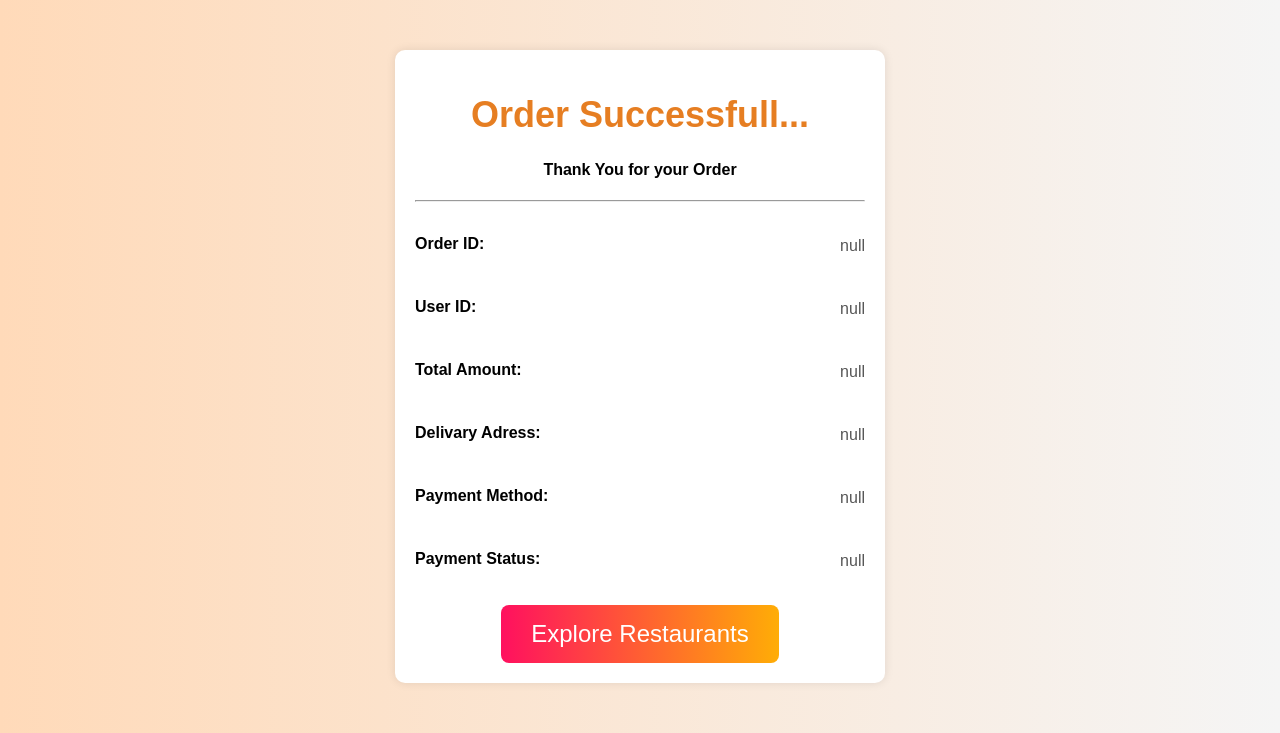
Repository: SWATHIBHUMA/FoodDelivaryApp
Page: http://localhost/FoodDelivaryApp/orderConfirmation.jsp
An editor plug-in stored every save of this project. The page is shown before and after the next save, followed by the edit.
The browser window is 1280 px wide. The pictures show the whole page.
The page is served by Tomcat 9. Other server files are loaded and not shown.

Above is the page before, as saved 2024-01-16 07:53:03.

### FoodDelivaryApp/src/main/webapp/orderConfirmation.jsp
<%@ page language="java" contentType="text/html; charset=UTF-8" pageEncoding="UTF-8"%>
<%@ page import="java.util.Objects" %>
<%@ page import="javax.servlet.http.HttpSession" %>

<%
    //HttpSession session = request.getSession();

    // Retrieve details from the session
    Integer orderId = (Integer) session.getAttribute("orderId");
    Integer totalAmount = (Integer) session.getAttribute("totalAmount");
    Integer userId = (Integer) session.getAttribute("userId");
    String paymentStatus = (String) session.getAttribute("paymentStatus");
    String paymentMethod = (String) session.getAttribute("paymentMethod");
    String address = (String) session.getAttribute("address");
%>

<!DOCTYPE html>
<html lang="en">
<head>
    <meta charset="UTF-8">
    <meta name="viewport" content="width=device-width, initial-scale=1.0">
    <style>
        body {
            font-family: 'Arial', sans-serif;
            background: linear-gradient(to right, peachpuff, whitesmoke);
            text-align: center;
            margin: 0;
            padding: 0;
        }

        .container {
            max-width: 450px;
            margin: 50px auto;
            background-color: #fff;
            border-radius: 10px;
            box-shadow: 0 0 10px rgba(0, 0, 0, 0.1);
            padding: 20px;
        }

        h1 {
			color: #e67e22;
			/* Dark orange text */
			margin-bottom: 25px;
			font-size: 36px;
			/* Increased font size */
			animation: bounce 1s forwards;
			/* Change infinite to forwards for single time bounce */
		}

		@keyframes bounce {

			0%,
			20%,
			50%,
			80%,
			100% {
				transform: translateY(0);
			}

			40% {
				transform: translateY(-20px);
			}

			60% {
				transform: translateY(-10px);
			}
		}


        p {
            color: #555;
            margin: 10px 0;
        }

        .form-group {
            display: flex;
            flex-direction: row;
            justify-content: space-between;
            align-items: center;
            margin-top: 25px;
            margin-bottom: 25px;
            gap: 25px;
        }

        .form-label {
            font-weight: bold;
            margin-bottom: 5px;
        }

        .form-input {
            padding: 10px;
            font-size: 16px;
            border: 1px solid #ccc;
            border-radius: 5px;
        }

        .form-button {
            background-color: #007bff;
            color: #fff;
            padding: 10px;
            font-size: 16px;
            border: none;
            border-radius: 5px;
            cursor: pointer;
        }

        .container-1{
        	display: inline-block;
        }

        button {
			background: linear-gradient(to right, #ff105f,#ffad06);
			/* Dark orange button color */
			color: #ffffff;
			/* White button text color */
			padding: 15px 30px;
			font-size: 24px;
			/* Increased font size */
			border: none;
			border-radius: 8px;
			cursor: pointer;
			transition: background-color 0.3s ease, transform 0.3s ease;
			outline: none;
			/* Remove default focus outline */
		}

		button:hover {
			background-color: #d35400;
			transform: scale(1.1);
			/* Darker orange on hover */
		}


    </style>
    <title>Order Confirmation</title>
</head>
<body>
    <div class="container">
        <h1>Order Successfull...</h1>
        <h4>Thank You for your Order</h4>
		<hr>
        <div class="form-group">
            <label class="form-label">Order ID:</label>
            <p><%= orderId %></p>
        </div>

		<div class="form-group">
            <label class="form-label">User ID:</label>
            <p><%= userId %></p>
        </div>

        <div class="form-group">
            <label class="form-label">Total Amount:</label>
            <p><%= totalAmount %></p>
        </div>

        <div class="form-group">
            <label class="form-label">Delivary Adress:</label>
            <p><%= address %></p>
        </div>

        <div class="form-group">
            <label class="form-label">Payment Method:</label>
            <p><%= paymentMethod %></p>
        </div>

        <div class="form-group">
            <label class="form-label">Payment Status:</label>
            <p><%= paymentStatus %></p>
        </div>



		<div class="container-1">
        	<button onclick="window.location.href='<%= request.getContextPath() %>/Restaurents'">Explore Restaurants</button>
		</div>
    </div>
</body>
</html>

After the next save:
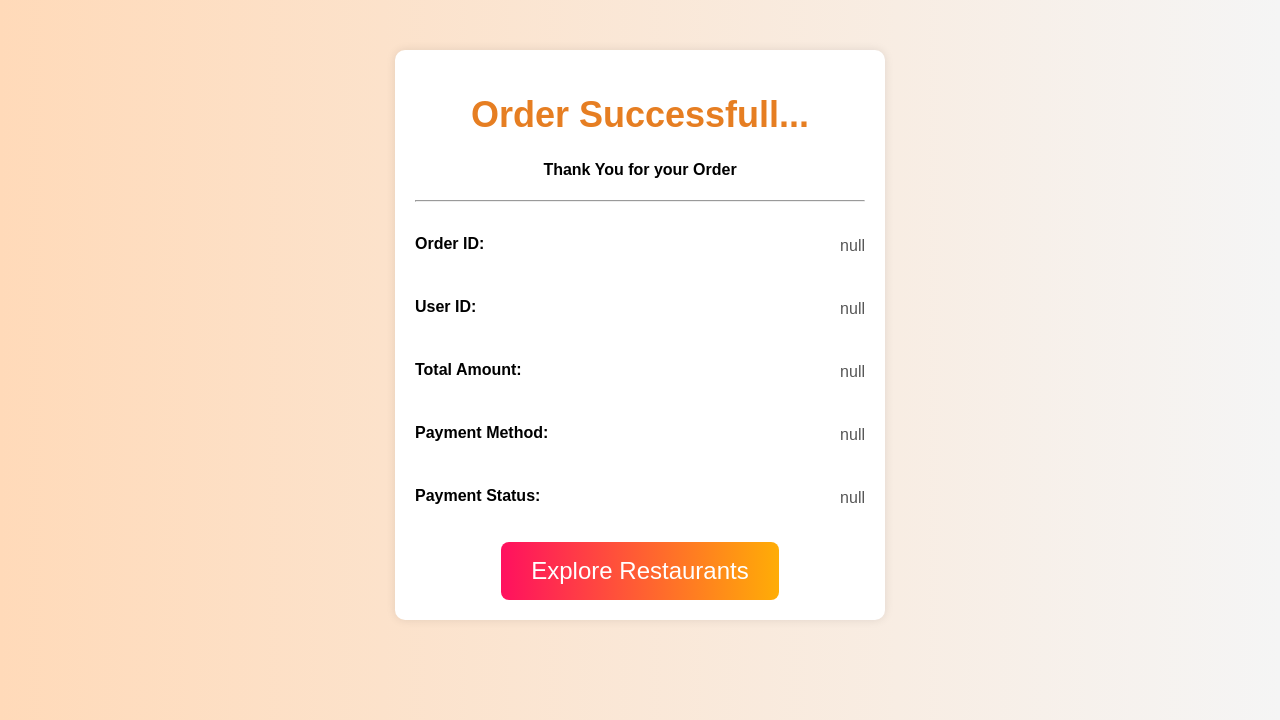
Saved 116 min 56 s later.
--- a/FoodDelivaryApp/src/main/webapp/orderConfirmation.jsp
+++ b/FoodDelivaryApp/src/main/webapp/orderConfirmation.jsp
@@ -155,11 +155,6 @@
         </div>
 
         <div class="form-group">
-            <label class="form-label">Delivary Adress:</label>
-            <p><%= address %></p>
-        </div>
-
-        <div class="form-group">
             <label class="form-label">Payment Method:</label>
             <p><%= paymentMethod %></p>
         </div>
